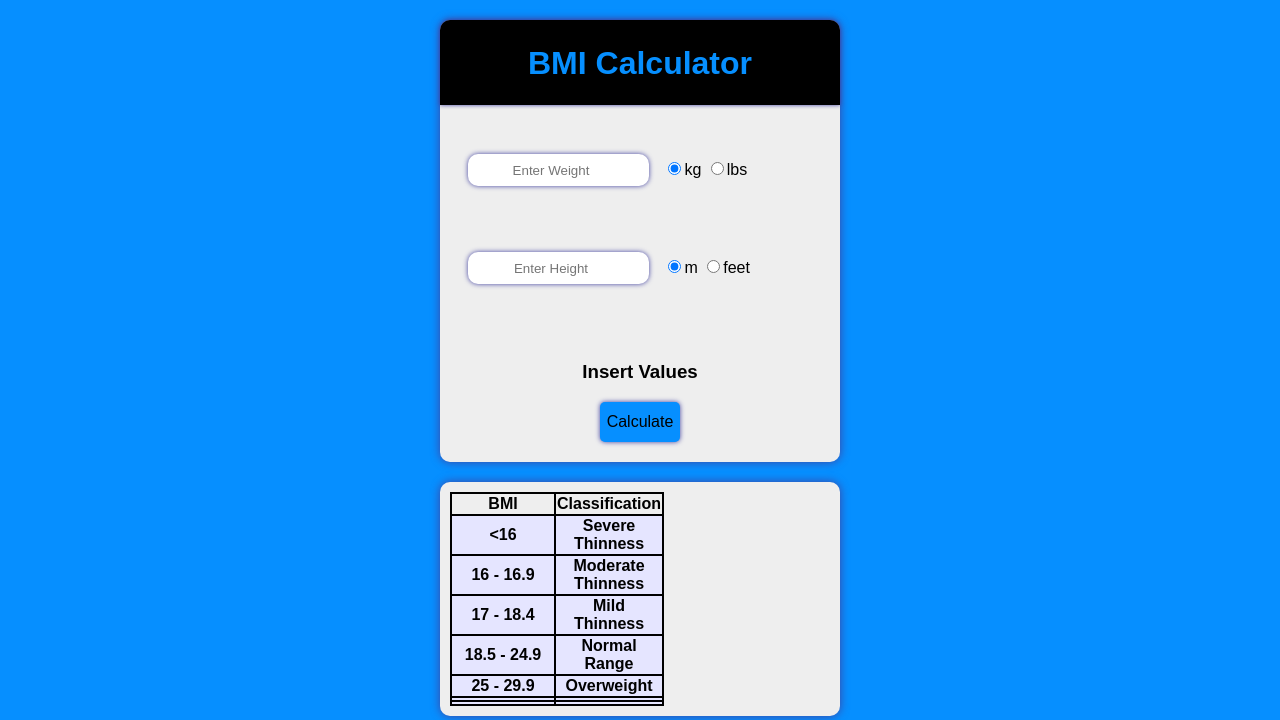
Repository: shayanabedi98/bmi-calculator
Page: index.html
These files come from the project's save history. The page is drawn as it stood at one moment and after the next save; the edit follows.
The browser window is 1280 px wide. The pictures show the whole page.

Above is the page before, as saved 2023-07-24 16:25:47.

After the next save:
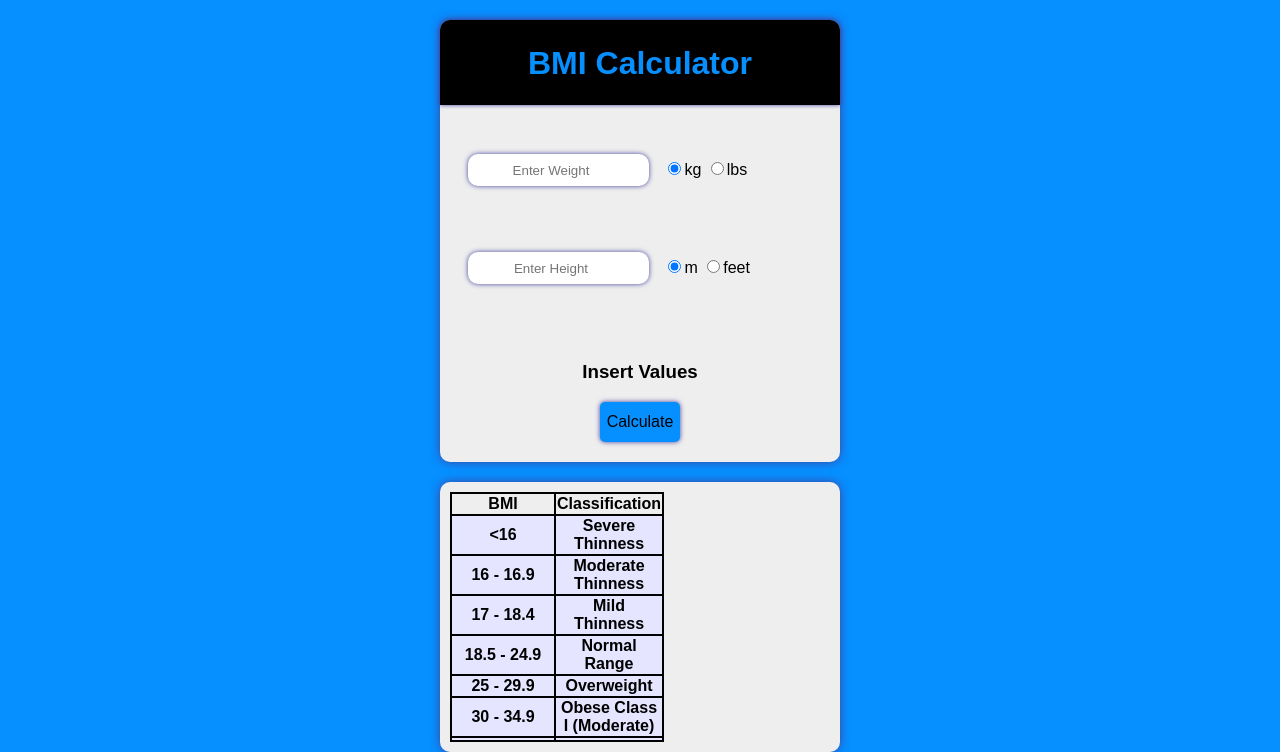
Saved 15 s later.
--- a/index.html
+++ b/index.html
@@ -55,8 +55,8 @@
                         <th>Overweight</th>
                     </tr>
                     <tr bgcolor="e5e5ff">
-                        <th></th>
-                        <th></th>
+                        <th>30 - 34.9</th>
+                        <th>Obese Class I (Moderate)</th>
                     </tr>
                     <tr bgcolor="e5e5ff">
                         <th></th>
